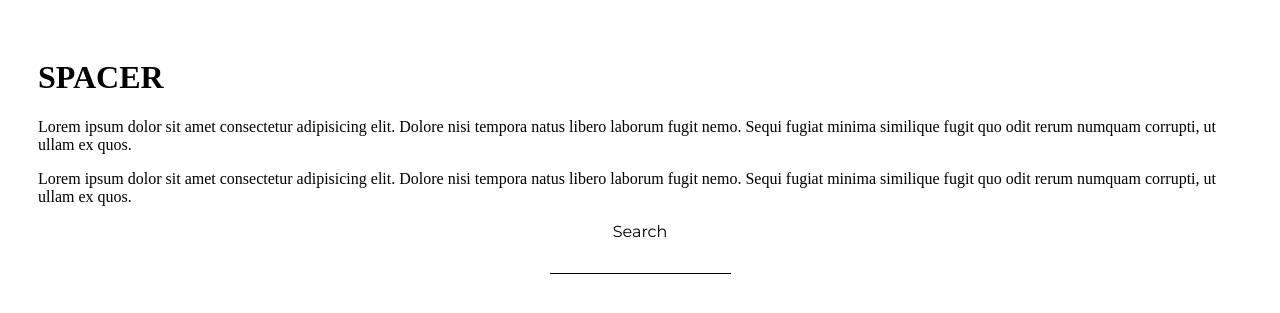
Repository: Trelefele/spacer-roman
Page: /
The author's editor kept a copy of each file at every save. The page is drawn from the files as they stood at one save, then again after the next save.
The browser window is 1280 px wide. The pictures show the whole page.
The project was rebuilt for these pictures with package versions that can differ from the ones it lists, and the page was loaded fresh each time.

Above is the page before, as saved 2019-02-03 17:24:15.

After the next save:
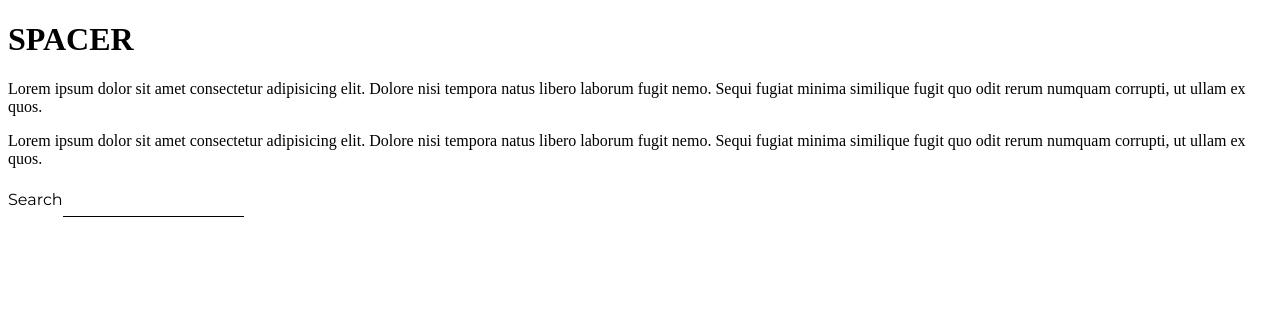
Saved 2 min 38 s later.
--- a/src/views/Search.vue
+++ b/src/views/Search.vue
@@ -1,5 +1,5 @@
 <template>
-  <div class="wrapper">
+  <div class="wrapperSearch">
     <Claim/>
   <div class="search"></div>
     <label for="search">Search</label>

After the 2 saves that followed:
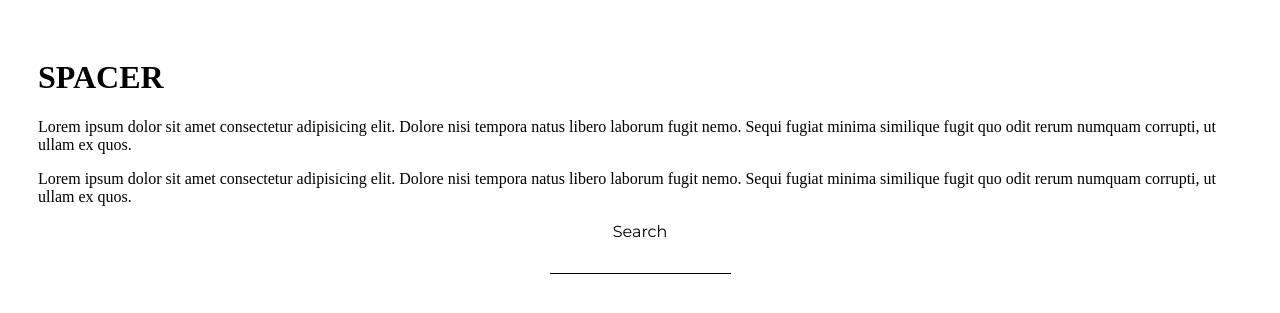
The 2 saves are shown as one change because 1 left the picture as it was.
The last was saved 67 s later.
--- a/src/views/Search.vue
+++ b/src/views/Search.vue
@@ -1,5 +1,5 @@
 <template>
-  <div class="wrapperSearch">
+  <div class="searchWrapper">
     <Claim/>
   <div class="search"></div>
     <label for="search">Search</label>
@@ -48,7 +48,7 @@
 </script>
 
 <style lang="scss" scoped>
-    .wrapper{
+    .searchWrapper{
         display: flex;
         flex-direction: column;
         align-items: center;
